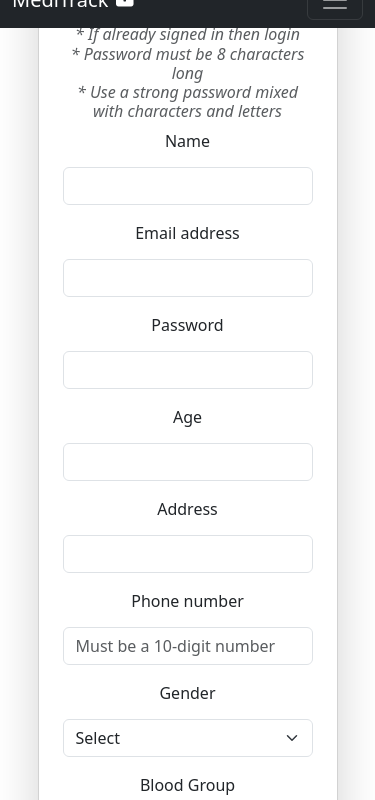
Repository: rahul-chakradhari/PillWise
Page: /signup (app in frontend/)
These files come from the project's save history. The page is drawn as it stood at one moment and after the next save; the edit follows.
The browser window is 375 px wide. The pictures show the whole page.
An inner scrolling area shows only its first screen. The project was rebuilt for these pictures with package versions that can differ from the ones it lists, and the page was loaded fresh each time. Also part of the build but not shown: frontend/vite.config.js, frontend/src/components/Home.jsx, frontend/src/components/History.jsx, frontend/src/components/Remainder.jsx, frontend/src/components/Doctors.jsx, frontend/src/components/Healthy.jsx, frontend/src/components/Prescription.jsx, frontend/src/components/Login.jsx.

Above is the page before, as saved 2025-03-10 15:15:04.

After the next save:
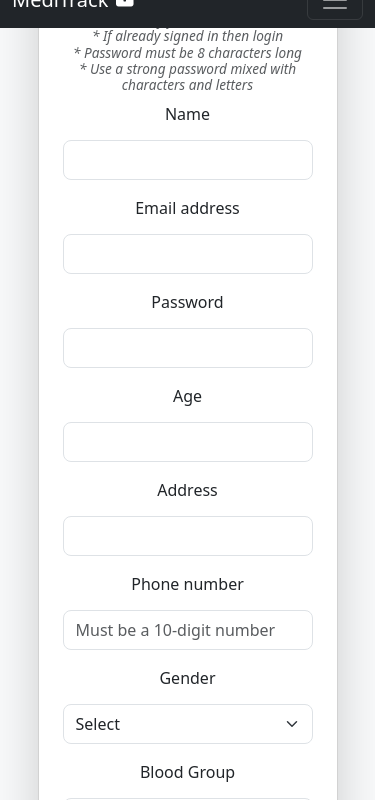
Saved 3 min 42 s later.
--- a/frontend/src/components/styles.css
+++ b/frontend/src/components/styles.css
@@ -37,6 +37,55 @@
 }
 .container::-webkit-scrollbar {
   display: none;
+}
+.container {
+  display: flex;
+  justify-content: center;
+  align-items: center;
+  min-height: 100vh;
+  background-color: #f8f9fa;
+}
+
+.card {
+  width: 400px;
+  padding: 20px;
+  border-radius: 12px;
+  background: white;
+  box-shadow: 0 4px 8px rgba(0, 0, 0, 0.1);
+}
+
+h2 {
+  text-align: center;
+  margin-bottom: 10px;
+}
+
+h6 {
+  text-align: center;
+  font-size: 0.85rem;
+  color: #6c757d;
+}
+
+.form-label {
+  font-weight: 500;
+}
+
+.form-control,
+.form-select {
+  height: 40px;
+  border-radius: 8px;
+}
+
+.btn-primary {
+  width: 100%;
+  border-radius: 8px;
+  padding: 10px;
+  font-size: 1rem;
+}
+
+@media (max-width: 500px) {
+  .card {
+    width: 90%;
+  }
 }
 
 /* CSS */

After the save that followed:
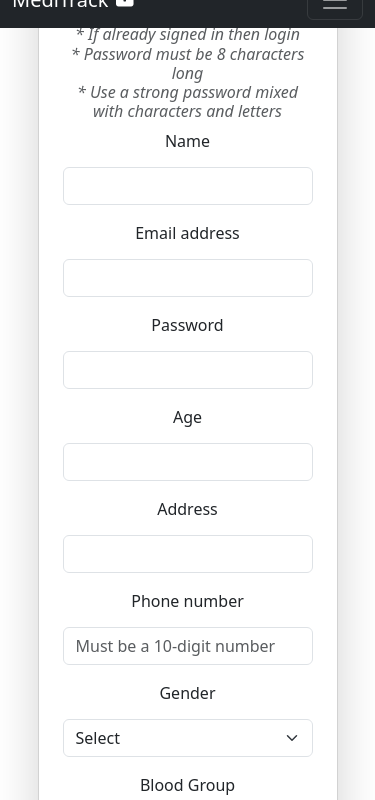
Saved 8 s later.
--- a/frontend/src/components/styles.css
+++ b/frontend/src/components/styles.css
@@ -37,55 +37,6 @@
 }
 .container::-webkit-scrollbar {
   display: none;
-}
-.container {
-  display: flex;
-  justify-content: center;
-  align-items: center;
-  min-height: 100vh;
-  background-color: #f8f9fa;
-}
-
-.card {
-  width: 400px;
-  padding: 20px;
-  border-radius: 12px;
-  background: white;
-  box-shadow: 0 4px 8px rgba(0, 0, 0, 0.1);
-}
-
-h2 {
-  text-align: center;
-  margin-bottom: 10px;
-}
-
-h6 {
-  text-align: center;
-  font-size: 0.85rem;
-  color: #6c757d;
-}
-
-.form-label {
-  font-weight: 500;
-}
-
-.form-control,
-.form-select {
-  height: 40px;
-  border-radius: 8px;
-}
-
-.btn-primary {
-  width: 100%;
-  border-radius: 8px;
-  padding: 10px;
-  font-size: 1rem;
-}
-
-@media (max-width: 500px) {
-  .card {
-    width: 90%;
-  }
 }
 
 /* CSS */
